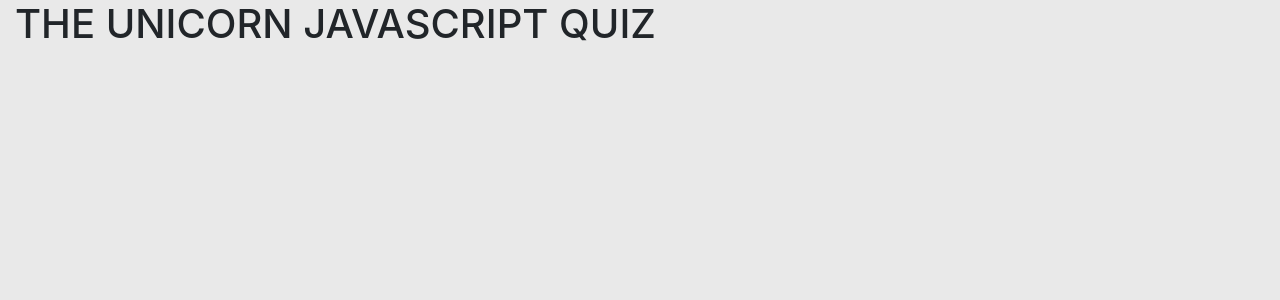
Repository: CharlotteAneriksson/donutQuiz
Page: index.html
The author's editor kept a record of every edit. The page is drawn from the files as they stood at one moment, then again after the next edit.
The browser window is 1280 px wide. The pictures show the whole page.

Above is the page before.

### index.html
<!DOCTYPE html>
<html lang="en">
<head>
    <meta charset="UTF-8">
    <meta name="viewport" content="width=device-width, initial-scale=1.0">
    <meta http-equiv="X-UA-Compatible" content="ie=edge">
    <title>JavaScript Quiz</title>

    <link href="https://fonts.googleapis.com/css?family=Roboto+Mono&display=swap" rel="stylesheet">
    <link rel="stylesheet" href="https://stackpath.bootstrapcdn.com/bootstrap/4.3.1/css/bootstrap.min.css" type="text/css" />
    <link rel="stylesheet" href="css/style.css" type="text/css" >
    <script type="text/javascript" src="scripts/script.js"></script>
</head>
<body>
    <div class="container">
        <header>
            <h1 class="text-uppercase">the unicorn javascript quiz</h1>
        </header>
    </div>
</body>
</html>

### css/style.css
body{
    margin: 0;
    padding: 0;
    width:100vh;
    background-color:#e9e9e9;
}

main{

}

Loaded but not shown: scripts/script.js (no stored copy; drawn as an empty file)

After the next edit:
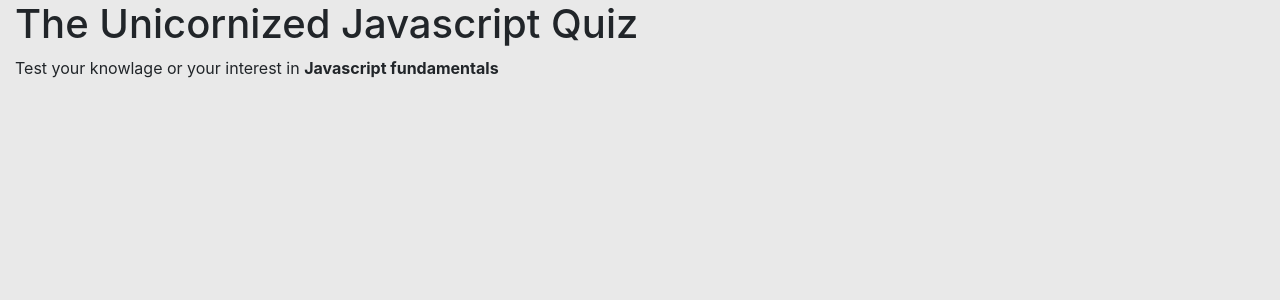
The edit:
--- a/index.html
+++ b/index.html
@@ -14,7 +14,8 @@
 <body>
     <div class="container">
         <header>
-            <h1 class="text-uppercase">the unicorn javascript quiz</h1>
+            <h1 class="text-capitalize">the unicornized javascript quiz</h1>
+            <p>Test your knowlage or your interest in <strong>Javascript fundamentals</strong></p>
         </header>
     </div>
 </body>
